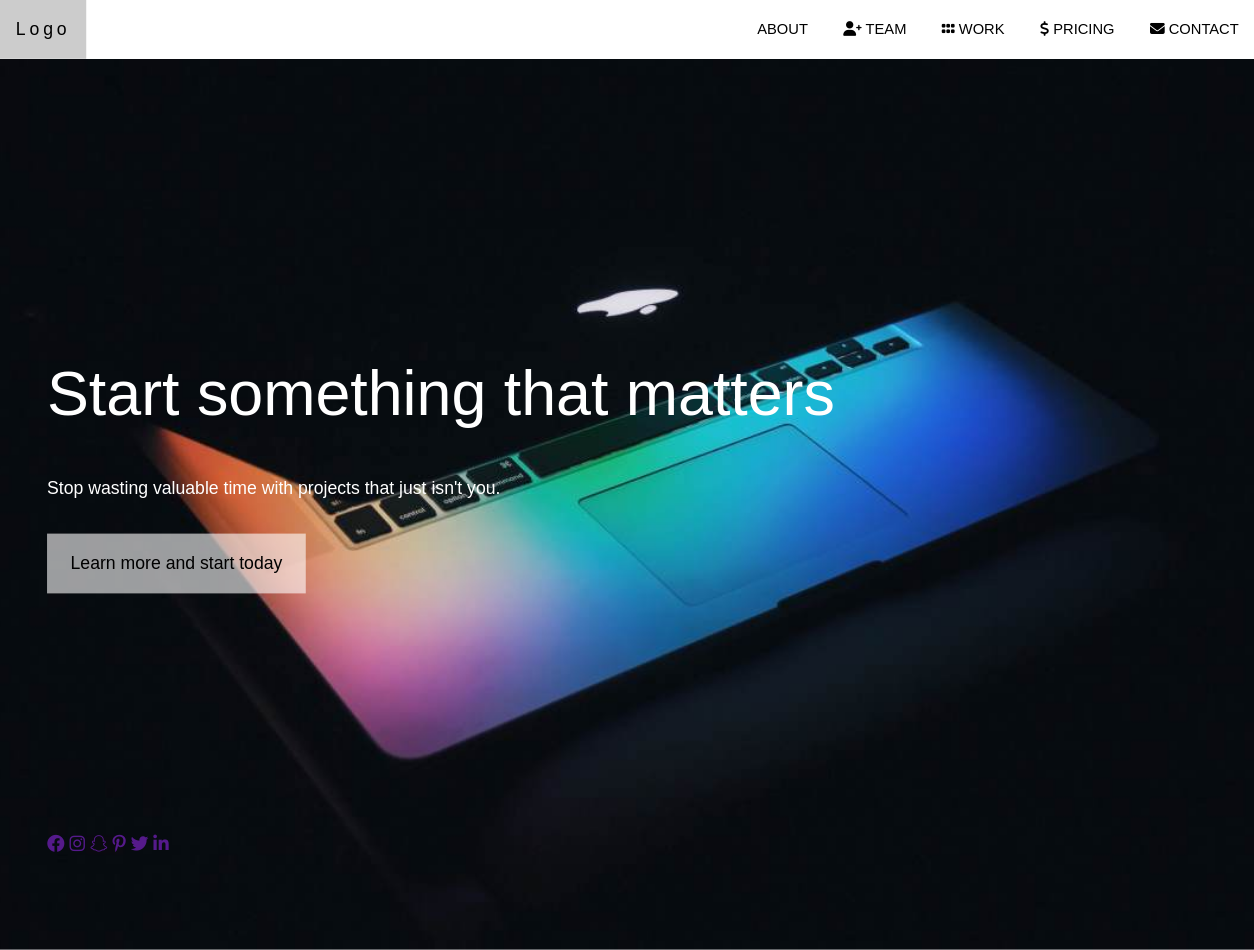
Repository: husterDC/Test
Page: index.html
The author's editor kept a copy of each file at every save. The page is drawn from the files as they stood at one save, then again after the next save.
The browser window is 1280 px wide. The pictures show the whole page, at 98% of full size.

Above is the page before, as saved 2022-10-13 11:37:56.

### index.html
<!DOCTYPE html>
<html lang="en">
<head>
    <meta charset="UTF-8">
    <meta http-equiv="X-UA-Compatible" content="IE=edge">
    <meta name="viewport" content="width=device-width, initial-scale=1.0">
    <title>Document</title>
    <link rel="stylesheet" href="./assets/style.css">
    <link rel="stylesheet" href="./assets/css/responsive.css">
    <link rel="stylesheet" href="./fonts/themify-icons/themify-icons.css">
    <link rel="stylesheet" href="./assets/fontawesome-free-6.1.1-web/css/all.min.css">
</head>
</head>
<body>
    <div class="header">
        <div class="header_logo">
            <a href="" class="header_logo-link">Logo</a>
        </div>
        <div class="header_nav">
            <ul class="header_nav-menu">
                <li class="header_nav-item">

                    <a href="" class="header_nav-link">ABOUT</a>
                </li>
                <li class="header_nav-item">
                    <a href="" class="header_nav-link">
                        <i class="header_nav-icon header-nav_icon fa-solid fa-user-plus"></i>
                        TEAM
                    </a>
                </li>
                <li class="header_nav-item">
                    <a href="" class="header_nav-link">
                        <i class="fa-solid fa-grip"></i>
                        WORK
                    </a>
                </li>
                <li class="header_nav-item">
                    <a href="" class="header_nav-link">
                        <i class="header_nav-icon fa-solid fa-dollar-sign"></i>
                        PRICING
                    </a>
                </li>
                <li class="header_nav-item">
                    <a href="" class="header_nav-link">
                        <i class="header_nav-icon fa-solid fa-envelope"></i>
                        CONTACT
                    </a>
                </li>
            </ul>
        </div>
    </div>
    <div class="slider">
        <div class="slider_content">
            <div class="slider_title">Start something that matters</div>
            <div class="slider_dec">Stop wasting valuable time with projects that just isn't you.</div>
            <a href="" class="slider_link">
                <button class="slider_btn">Learn more and start today</button>
            </a>
        </div>
        <div class="slider_social">
            <a href="" class="slider_social-link"><i class="slider_social-icon fa-brands fa-facebook"></i></a>
            <a href="" class="slider_social-link"><i class="slider_social-icon fa-brands fa-instagram"></i></a>
            <a href="" class="slider_social-link"><i class="slider_social-icon fa-brands fa-snapchat"></i></a>
            <a href="" class="slider_social-link"><i class="slider_social-icon fa-brands fa-pinterest-p"></i></a>
            <a href="" class="slider_social-link"><i class="slider_social-icon fa-brands fa-twitter"></i></a>
            <a href="" class="slider_social-link"><i class="slider_social-icon fa-brands fa-linkedin-in"></i></a>
        </div>
    </div>
</body>
</html>

### assets/style.css
* {
    padding: 0;
    margin: 0;
    box-sizing: border-box;
}
html {

    scroll-behavior: smooth;
    font-family: Arial, Helvetica, sans-serif;
}
.white-text {
    color: #fff;
}
.clear {
    clear: both;
}
.header {
    height: 60px;
    width: 100%;
    font-size: 15px;
    background-color: #fff;
    display: flex;
    align-items: center;
    position: fixed;
    z-index: 2;
}
.header_logo {
    flex: 1;
    font-size: 18px;
    letter-spacing: 4px;
    font-weight: 50;
}
.header_logo-link {
    position: absolute;
    left: 0;
    top: 50%;
    transform: translateY(-50%);
    padding: 0 16px;
    text-align: center;
    line-height: 60px;

}
.header_nav-menu {
    position: absolute;
    right: 0;
    top: 50%;
    transform: translateY(-50%);
    text-align: center;
}
.header_nav-item {
    line-height: 60px;
    display: inline-block;
    margin: 0;
    padding: 0 16px;
}
.header_logo-link,
.header_nav-link {
    text-decoration: none;
    color: #000;
}
.header_logo-link:hover,
.header_nav-item:hover {
    background-color: #ccc;
    cursor: pointer;
}
.slider {
    position: relative;
    padding-top: 50%;
    height: 969px;
    background: url('./img/mac.jpg') top center / cover no-repeat;
    color: #fff;
    font-size: 18px;
    padding: 0 48px;
}
.slider_content {
    position: absolute;
    top: 50%;
    transform: translateY(-50%);
}
.slider_title {
    font-size: 64px;
    margin-bottom: 50px;
}
.slider_dec {
    margin: 15px 0;
}
.slider_btn {
    background-color: rgba(256,256,256, 0.6);
    font-size: 18px;
    border: none;
    padding: 20px 24px;
    margin-top: 20px;
}
.slider_btn:hover {
    background-color: #ccc;
}
.slider_social {
    position: absolute;
    bottom: 10%;
}

Loaded but not shown: fonts/themify-icons/themify-icons.css (common file); assets/fontawesome-free-6.1.1-web/css/all.min.css (library); assets/responsive.css (no copy from this time; the picture is the same without it)

After the next save:
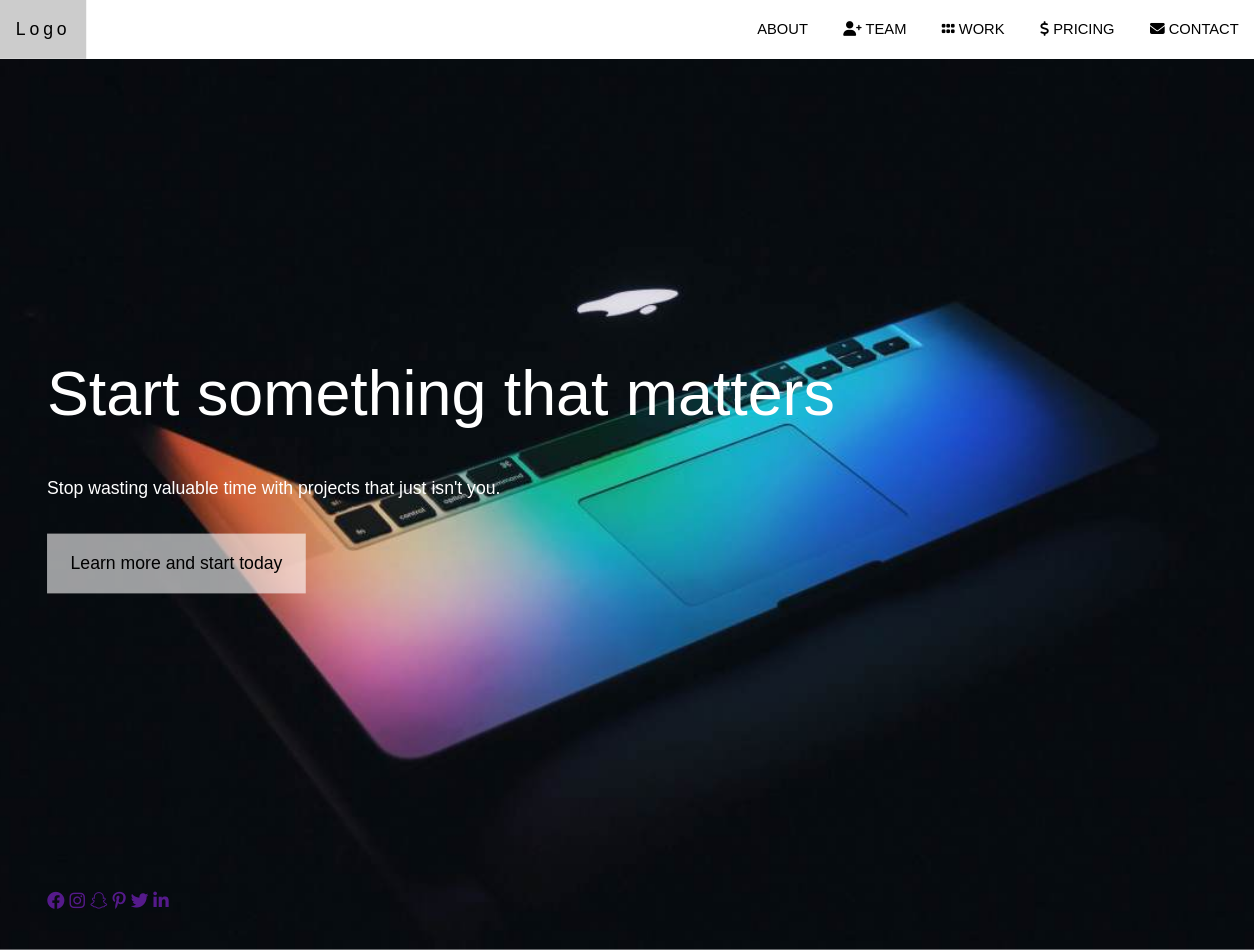
Saved 17 s later.
--- a/assets/style.css
+++ b/assets/style.css
@@ -96,5 +96,5 @@
 }
 .slider_social {
     position: absolute;
-    bottom: 10%;
+    bottom: 4%;
 }
